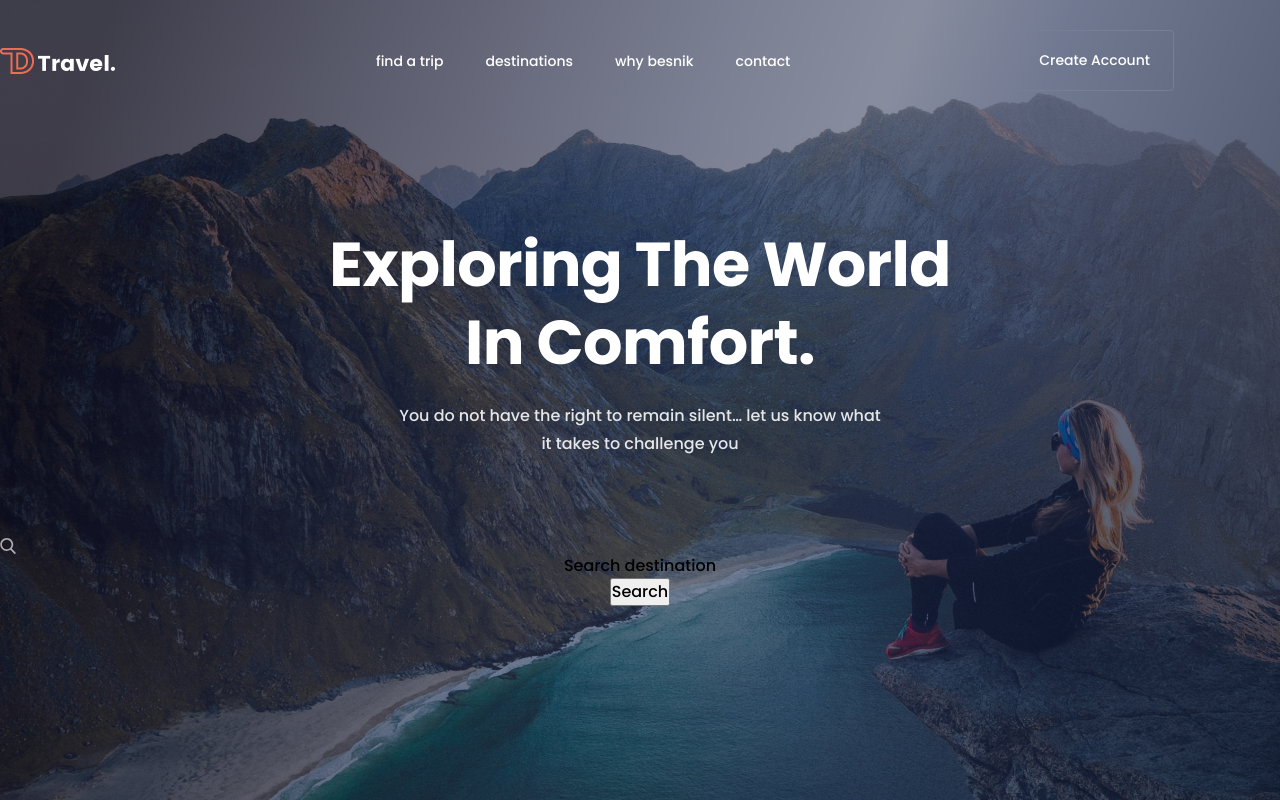
Repository: hoang0508/LandingPage-CodeTravel2
Page: index.html
These files come from the project's save history. The page is drawn as it stood at one moment and after the next save; the edit follows.
The browser window is 1280 px wide. The pictures show the whole page.
The style sheet was rebuilt from its Sass, Less or Tailwind sources for each picture, by a compiler version that may differ from the author's.

Above is the page before, as saved 2022-09-15 16:27:18.

### index.html
<!DOCTYPE html>
<html lang="en">
  <head>
    <meta charset="UTF-8" />
    <meta http-equiv="X-UA-Compatible" content="IE=edge" />
    <meta name="viewport" content="width=device-width, initial-scale=1.0" />
    <title>Travale LandingPage</title>
    <link rel="stylesheet" href="./css/style.css" />
  </head>
  <body>
    <div class="wrapper">
      <!-- HEADER -->
      <header class="header">
        <div class="container">
          <div class="header-main">
            <div class="header-logo">
              <img src="./images/Logo.png" alt="Logo" />
            </div>
            <nav class="header-menu">
              <ul class="header-menu--list">
                <li class="header-menu--item">
                  <a href="#" class="header-menu--link">FIND A TRIP</a>
                </li>
                <li class="header-menu--item">
                  <a href="#" class="header-menu--link">DESTINATIONS</a>
                </li>
                <li class="header-menu--item">
                  <a href="#" class="header-menu--link">WHY BESNIK</a>
                </li>
                <li class="header-menu--item">
                  <a href="#" class="header-menu--link">CONTACT</a>
                </li>
              </ul>
            </nav>
            <button class="button button-acount">Create Account</button>
          </div>

          <div class="header-content">
            <h1 class="header-content--title">
              Exploring The World In Comfort.
            </h1>
            <p class="header-content--desc">
              You do not have the right to remain silent… let us know what it
              takes to challenge you
            </p>
            <div class="header-form">
              <div class="header-content--form">
                <div class="form-down">
                  <div class="form-down--col">
                    <div class="fomr-down--icon">
                      <img src="./images/icon-search.svg" alt="" />
                    </div>
                    <span class="form-down--text">Search destination</span>
                  </div>
                </div>
              </div>
              <button>Search</button>
            </div>
          </div>
        </div>
      </header>
    </div>
  </body>
</html>

### sass/main.scss
@import "reset";
@import "variable";
@import "typography";
@import "base";
@import "global";
@import "header";

### sass/_reset.scss
*,
*::before,
*::after {
  box-sizing: border-box;
}
* {
  margin: 0;
  padding: 0;
  font: inherit;
}
body {
  line-height: 1.5;
}
img,
picture,
video,
canvas,
svg {
  display: block;
  max-width: 100%;
}
input,
button,
textarea,
select {
  outline: none;
}
p,
h1,
h2,
h3,
h4,
h5,
h6 {
  overflow-wrap: break-word;
}

a {
  text-decoration: none;
}

ul,
li {
  list-style: none;
}

### sass/_variable.scss
$text-white: #fff;
$primary-color: #34a5e4;

### sass/_typography.scss
@font-face {
  font-family: "Poppins";
  src: url("../fonts/Poppins-Regular.ttf") format("opentype");
  font-style: normal;
  font-display: auto;
  font-weight: 400;
}

@font-face {
  font-family: "Poppins";
  src: url("../fonts/Poppins-Light.ttf") format("opentype");
  font-style: normal;
  font-display: auto;
  font-weight: 300;
}

@font-face {
  font-family: "Poppins";
  src: url("../fonts/Poppins-Medium.ttf") format("opentype");
  font-style: normal;
  font-display: auto;
  font-weight: 500;
}

@font-face {
  font-family: "Poppins";
  src: url("../fonts/Poppins-SemiBold.ttf") format("opentype");
  font-style: normal;
  font-display: auto;
  font-weight: 600;
}

@font-face {
  font-family: "Poppins";
  src: url("../fonts/Poppins-Thin.ttf") format("opentype");
  font-style: normal;
  font-display: auto;
  font-weight: 100;
}

@font-face {
  font-family: "Poppins";
  src: url("../fonts/Poppins-Bold.ttf") format("opentype");
  font-style: normal;
  font-display: auto;
  font-weight: 700;
}

### sass/_base.scss
body {
  font-family: "Poppins", sans-serif;
  font-weight: 500;
}

.wrapper {
  max-width: 1600px;
  margin: 0 auto;
}

.container {
  max-width: 1280px;
  margin: 0 auto;
}

### sass/_global.scss
button.button {
  display: inline-block;
  border: 0;
  cursor: pointer;
  color: $text-white;
  &-acount {
    background-color: transparent;
    padding: 19px 23px;
    border: 1.5px solid #777f96;
    border-radius: 4px;
    font-size: 14px;
  }
}

### sass/_header.scss
.header {
  background-image: url("../images/header-img.png");
  min-height: 800px;
  background-size: cover;
  background-repeat: repeat;
  padding-top: 30px;
  &-main {
    display: flex;
    align-items: center;
    margin-bottom: 135px;
  }
  &-logo {
    margin-right: 261px;
  }
  &-menu {
    &--list {
      display: flex;
      align-items: center;
      gap: 0 42px;
      margin-right: 225px;
    }
    &--link {
      color: $text-white;
      text-transform: lowercase;
      font-size: 14px;
    }
  }
  &-content {
    text-align: center;
    &--title {
      max-width: 640px;
      width: 100%;
      margin: 0 auto;
      font-size: 62px;
      font-weight: 700;
      color: $text-white;
      margin-bottom: 20px;
      letter-spacing: -0.01em;
      line-height: 78px;
    }
    &--desc {
      max-width: 493px;
      margin: 0 auto;
      color: #ffffff;
      font-weight: 500;
      mix-blend-mode: normal;
      opacity: 0.88;
      line-height: 28px;
      margin-bottom: 80px;
    }
  }
}

After the next save:
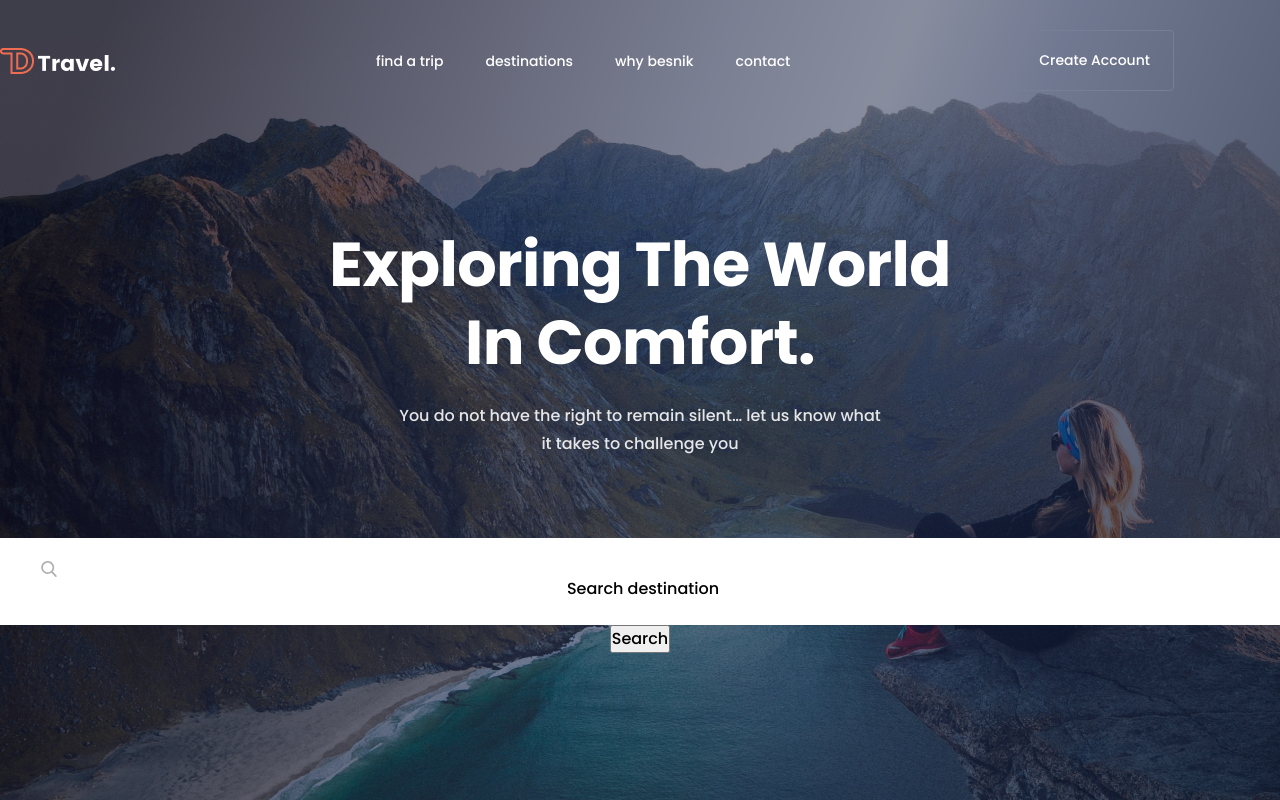
Saved 94 s later.
--- a/sass/_header.scss
+++ b/sass/_header.scss
@@ -48,5 +48,9 @@
       line-height: 28px;
       margin-bottom: 80px;
     }
+    &--form {
+      background-color: #ffffff;
+      padding: 23px 35px 24px 41px;
+    }
   }
 }
